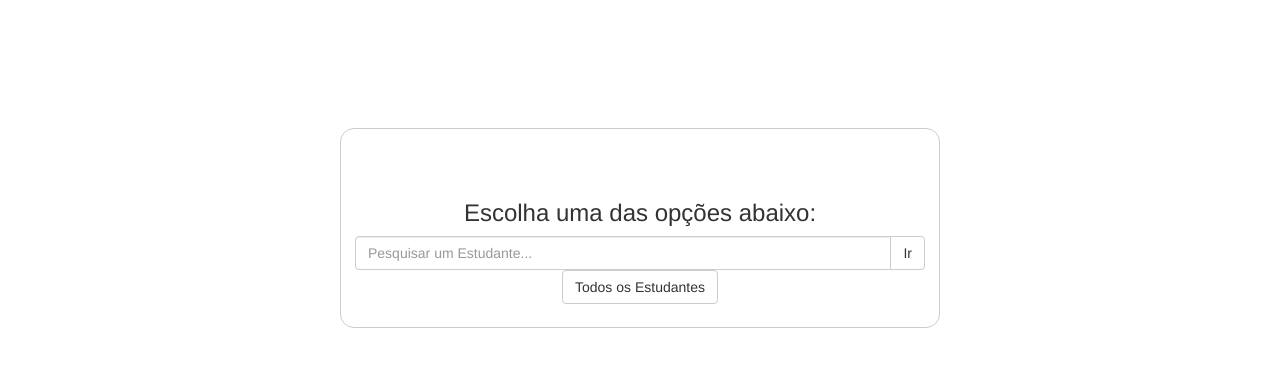
Repository: ipti/br.tag.webservice
Page: http://localhost/Restful-API-TAG/students.jsp
These files come from the project's save history. The page is drawn as it stood at one moment and after the next save; the edit follows.
The browser window is 1280 px wide. The pictures show the whole page.
The page is served by Tomcat 9.

Above is the page before, as saved 2016-04-27 13:54:05.

After the next save:
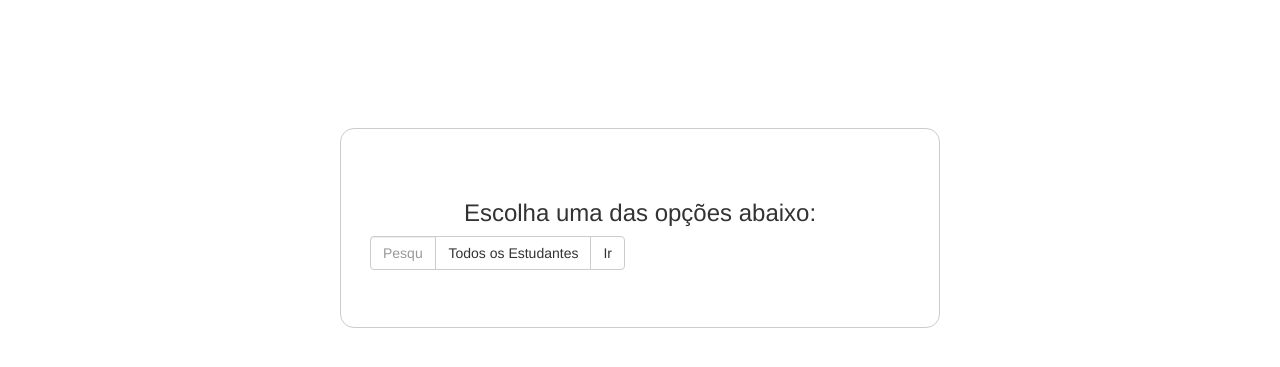
Saved 24 s later.
--- a/Restful-API-TAG/WebContent/students.jsp
+++ b/Restful-API-TAG/WebContent/students.jsp
@@ -13,17 +13,15 @@
 		<h3 id="titleStudent">Escolha uma das opções abaixo:</h3>
 
 		<div class="btn-group-md text-center" role="group" aria-label="...">
-			<div>
+			<div class="col-lg-6">
 				<div class="input-group">
 					<input type="text" class="form-control" placeholder="Pesquisar um Estudante...">
 					<span class="input-group-btn">
+					<a type="submit" class="btn btn-default" href="${pageContext.request.contextPath}/api/TagService/getStudents">Todos os Estudantes</a>
 						<a class="btn btn-default" type="submit" href="${pageContext.request.contextPath}/api/TagService/getStudents/{inep_id}">Ir</a>
 					</span>
 				</div>
 			</div>
-
-			<a type="submit" class="btn btn-default"
-				href="${pageContext.request.contextPath}/api/TagService/getStudents">Todos os Estudantes</a>
 		</div>
 	</div>
 </body>
